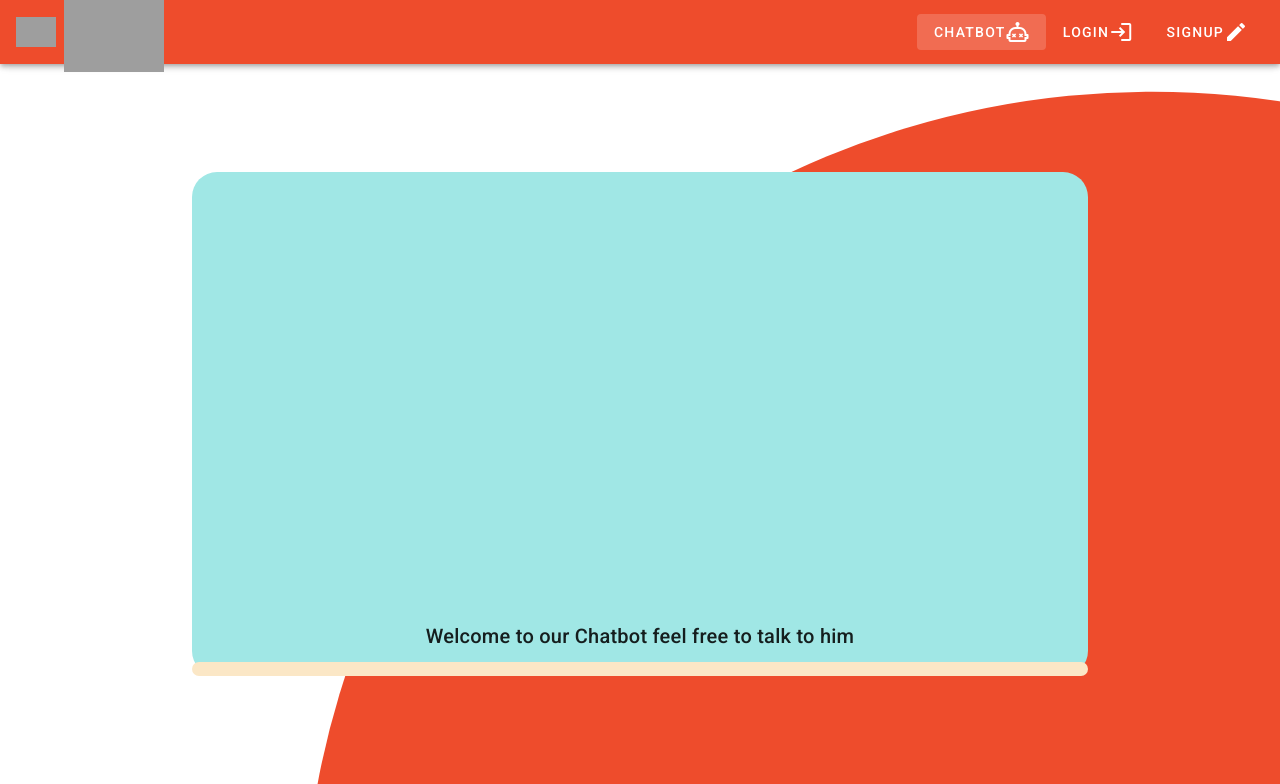
Repository: atout811/pyTorch-Hackathon
Page: /chatbot (app in frontend/)
The author's editor kept a copy of each file at every save. The page is drawn from the files as they stood at one save, then again after the next save.
The browser window is 1280 px wide. The pictures show the whole page.
Pictures or frames that could not be fetched are drawn as grey boxes. The project was rebuilt for these pictures with package versions that can differ from the ones it lists, and the page was loaded fresh each time. Also part of the build but not shown: frontend/vue.config.js, frontend/src/views/Home.vue.

Above is the page before, as saved 2021-10-21 15:00:20.

### frontend/src/main.js
import Vue from 'vue'
import App from './App.vue'
import './registerServiceWorker'
import router from './router'
import store from './store'
import vuetify from './plugins/vuetify'
import instance from './plugins/axios'

Vue.config.productionTip = false
Vue.prototype.$axios = instance;

new Vue({
  router,
  store,
  vuetify,
  render: function (h) { return h(App) }
}).$mount('#app')

### frontend/src/App.vue
<template>
  <v-app>
    <v-app-bar app color="primary" dark>
      <div class="d-flex align-center">
        <v-img
          alt="Vuetify Logo"
          class="shrink mr-2"
          contain
          src="https://cdn.vuetifyjs.com/images/logos/vuetify-logo-dark.png"
          transition="scale-transition"
          width="40"
        />

        <v-img
          alt="Vuetify Name"
          class="shrink mt-1 hidden-sm-and-down"
          contain
          min-width="100"
          src="https://cdn.vuetifyjs.com/images/logos/vuetify-name-dark.png"
          width="100"
        />
      </div>

      <v-spacer></v-spacer>
      <v-btn to="/chatbot" text>
        <v-text>Chatbot</v-text>
        <v-icon>mdi-robot-dead-outline</v-icon>
      </v-btn>
      <v-btn to="/login" text>
        <v-text>Login</v-text>
        <v-icon>mdi-login</v-icon>
      </v-btn>
      <v-btn to="/signup" text>
        <v-text>Signup</v-text>
        <v-icon>mdi-pencil</v-icon>
      </v-btn>
    </v-app-bar>

    <v-main class="bubble">
      <router-view />
    </v-main>
  </v-app>
</template>

<script>
export default {
  name: "App",

  data: () => ({
    //
  }),
};
</script>
<style>
.bubble::before {
  background-color: var(--v-primary-base);
  clip-path: circle(80% at 90% 120%);
  width: 100%;
  height: 100%;
  content: "";
  position: absolute;
  box-sizing: none;
  top: 0;
  left: 0;
}
</style>

### frontend/src/router/index.js
import Vue from "vue";
import VueRouter from "vue-router";
import Home from "../views/Home.vue";

Vue.use(VueRouter);

const routes = [
  {
    path: "/",
    name: "Home",
    component: Home,
  },
  {
    path: "/about",
    name: "About",
    // route level code-splitting
    // this generates a separate chunk (about.[hash].js) for this route
    // which is lazy-loaded when the route is visited.
    component: function() {
      return import(/* webpackChunkName: "about" */ "../views/About.vue");
    },
  },
  {
    path: "/login",
    name: "Login",
    // route level code-splitting
    // this generates a separate chunk (Login.[hash].js) for this route
    // which is lazy-loaded when the route is visited.
    component: function() {
      return import(/* webpackChunkName: "Login" */ "../views/Login.vue");
    },
  },
  {
    path: "/signup",
    name: "Signup",
    // route level code-splitting
    // this generates a separate chunk (Signup.[hash].js) for this route
    // which is lazy-loaded when the route is visited.
    component: function() {
      return import(/* webpackChunkName: "Signup" */ "../views/Signup.vue");
    },
  },
  {
    path: "/chatbot",
    name: "chatbot",
    // route level code-splitting
    // this generates a separate chunk (Signup.[hash].js) for this route
    // which is lazy-loaded when the route is visited.
    component: function() {
      return import(/* webpackChunkName: "Signup" */ "../views/Chatbot.vue");
    },
  },
];

const router = new VueRouter({
  mode: "history",
  base: process.env.BASE_URL,
  routes,
});

export default router;

### frontend/src/plugins/vuetify.js
import Vue from 'vue';
import Vuetify from 'vuetify/lib/framework';

Vue.use(Vuetify);

export default new Vuetify({
    theme: {
        themes: {
            light: {
                primary: "#ee4c2c"
            }
        }, options: {
            customProperties: true
        },
    }
});

### frontend/src/plugins/axios.js
import axios from "axios";

const instance = axios.create({
    headers: {
        "Content-Type": "application/json"
    }
})

export default instance;

### frontend/src/views/Chatbot.vue
<template>
  <div class="baba">
    <div class="container">
      <h1 class="title">Welcome to our Chatbot feel free to talk to him</h1>
      <div class="chat-container"></div>
    </div>
  </div>
</template>

<script>
export default {
  name: "chatbot",
  data() {
    return {
      chat: [],
    };
  },
};
</script>

<style>
.baba {
  height: 100vh;
  width: 100vw;
  display: flex;
}
.container {
  height: 70vh;
  width: 70vw;
  padding: 0;
  align-self: center;
  /* margin: 10px; */
  background-color: #a0e7e5;
  border-radius: 25px;
  display: flex;
  flex-direction: column;
  justify-content: space-between;
  align-items: center;
}
.title {
  margin: 10px;
  margin-top: 50%;
}
.chat-container {
  height: 80%;
  width: 100%;
  /* margin: 10px; */
  background-color: #fbe7c6;
  border-radius: 25px;
}
</style>

Loaded but not shown: frontend/public/index.html (common file); frontend/src/registerServiceWorker.js (common file); frontend/src/store/index.js (common file)

After the next save:
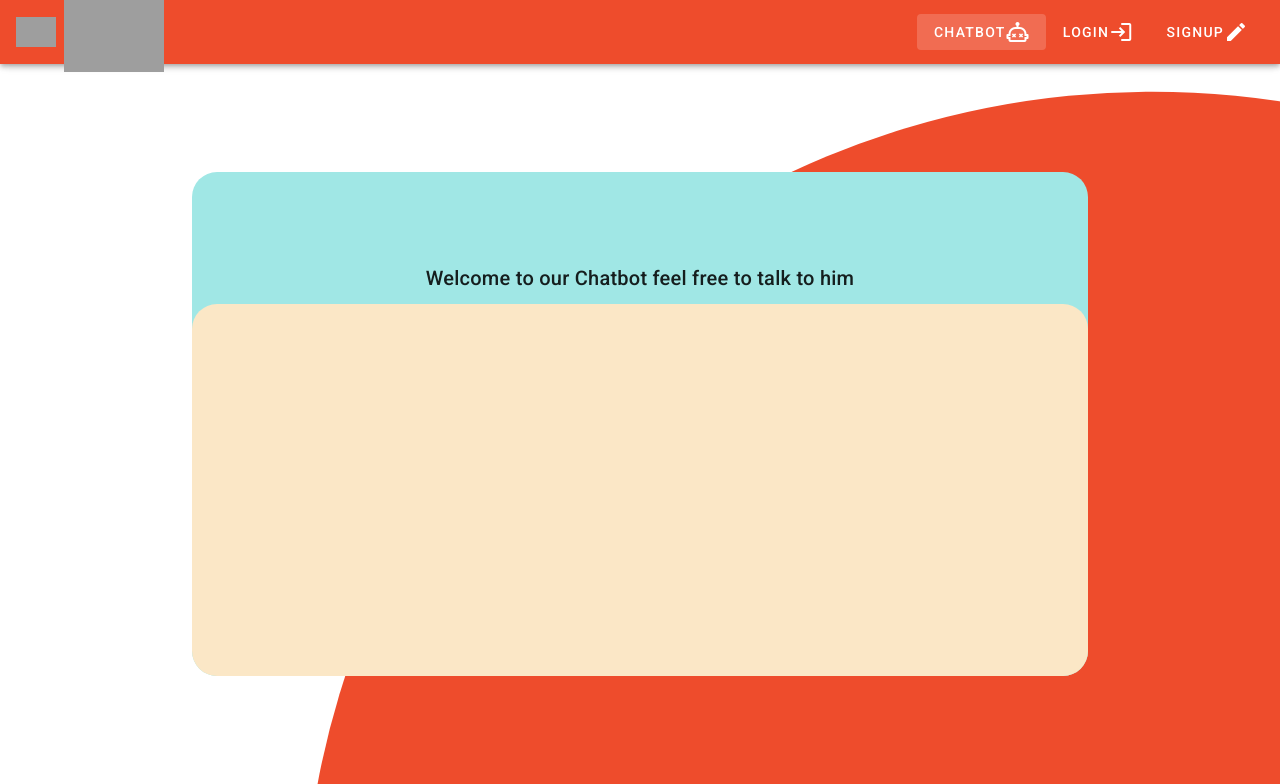
Saved 6 s later.
--- a/frontend/src/views/Chatbot.vue
+++ b/frontend/src/views/Chatbot.vue
@@ -39,7 +39,7 @@ export default {
 }
 .title {
   margin: 10px;
-  margin-top: 50%;
+  margin-top: 10%;
 }
 .chat-container {
   height: 80%;
